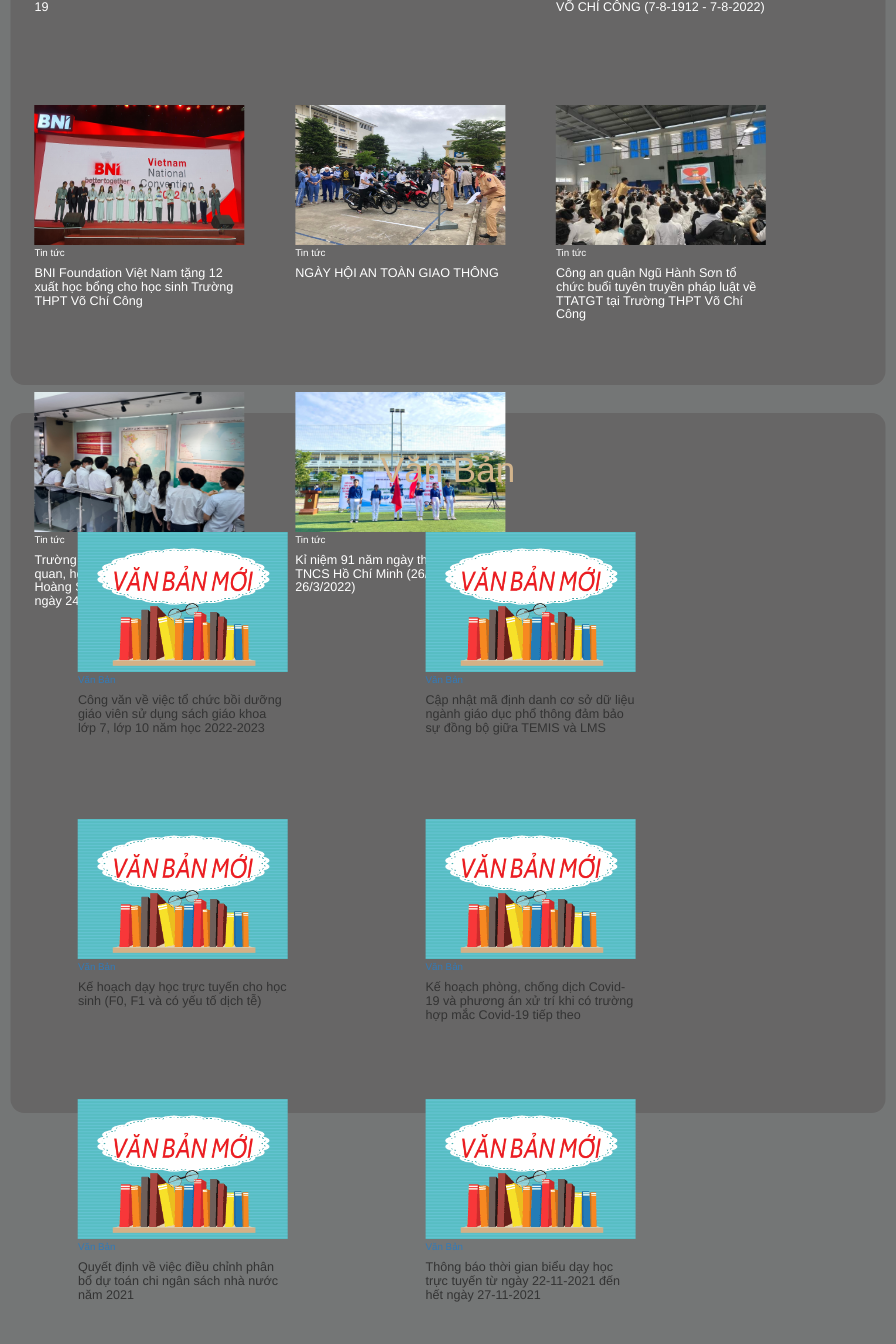
Repository: dphasst17/THPTVCC
Page: index.html
These files come from the project's save history. The page is drawn as it stood at one moment and after the next save; the edit follows.
The browser window is 1280 px wide. The pictures show the part of the page from y = 940 to 2860 px (the page is 2860 px tall), at 70% of full size.

Above is the page before, as saved 2022-10-02 21:20:13.

After the next save:
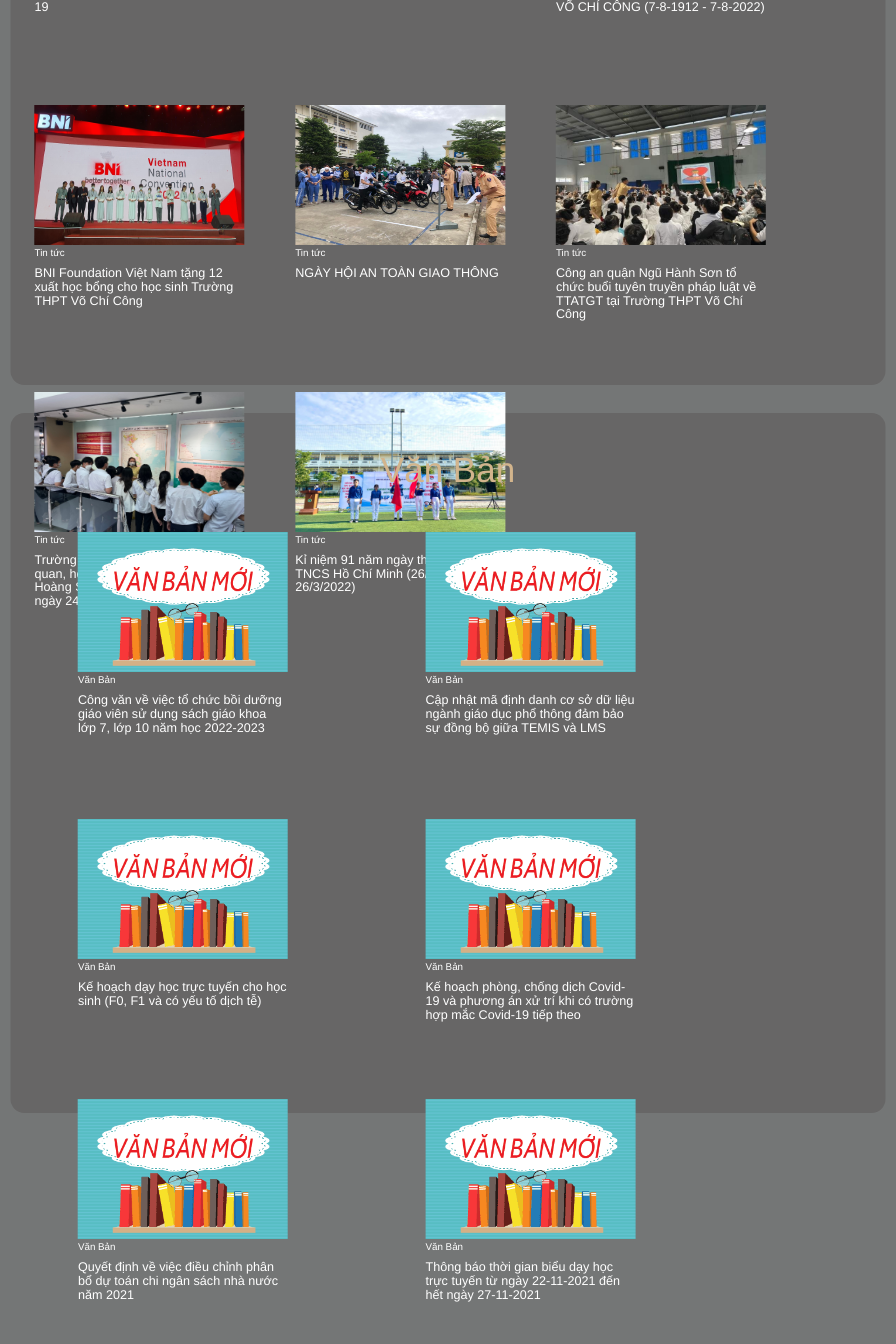
Saved 27 s later.
--- a/style.css
+++ b/style.css
@@ -144,3 +144,10 @@
     flex-wrap: wrap;
     align-content: center;
 }
+.document_container h4{
+    color:#fff;
+}
+.document_container a{
+    color:#fff;
+    text-decoration:none;
+}
